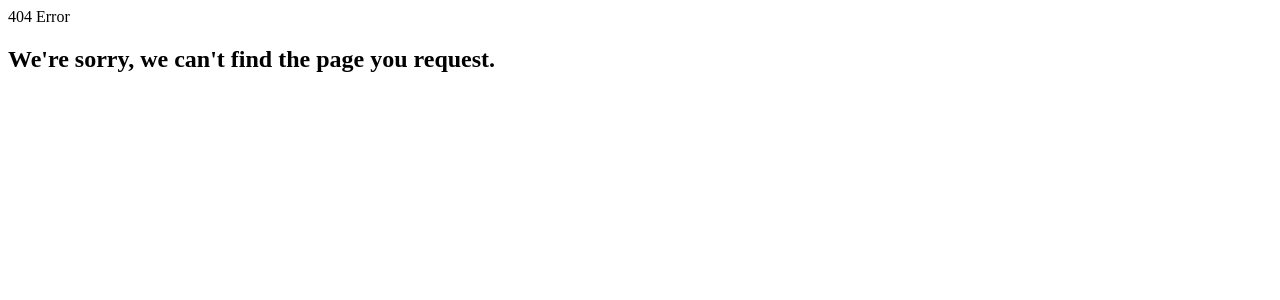
Repository: weijj/workspace
Page: roadrantz/src/main/webapp/WEB-INF/error.html
These files come from the project's save history. The page is drawn as it stood at one moment and after the next save; the edit follows.
The browser window is 1280 px wide. The pictures show the whole page.

Above is the page before, as saved 2014-07-08 08:23:32.

### roadrantz/src/main/webapp/WEB-INF/error.html
<html>
	<head>404 Error</head>
	<body>
		<h2>We're sorry, we can't find the page you request.</h2>
	</body>
</html>

After the next save:
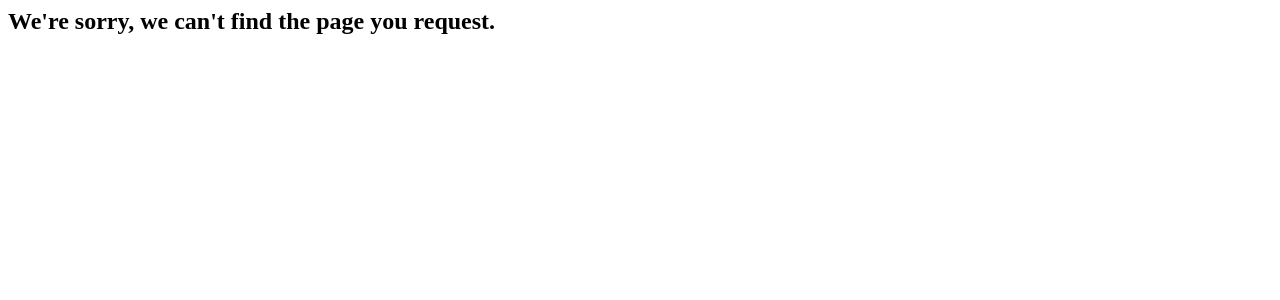
Saved 18 s later.
--- a/roadrantz/src/main/webapp/WEB-INF/error.html
+++ b/roadrantz/src/main/webapp/WEB-INF/error.html
@@ -1,5 +1,7 @@
 <html>
-	<head>404 Error</head>
+	<head>
+		<title>404 Error</title>
+	</head>
 	<body>
 		<h2>We're sorry, we can't find the page you request.</h2>
 	</body>
